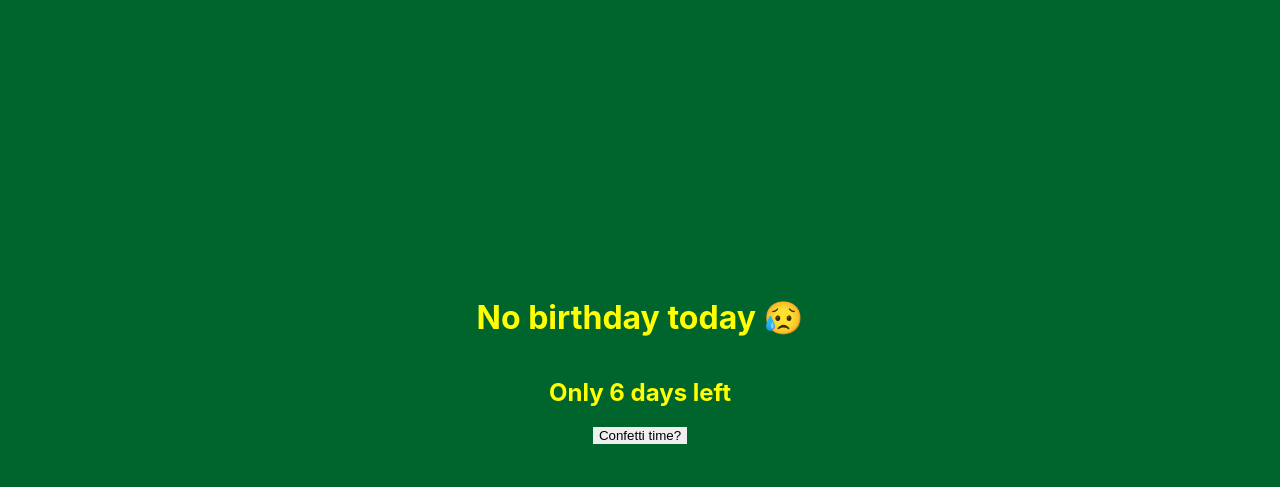
Repository: David-Waite/HannahsBirthdayWebsite
Page: /
These files come from the project's save history. The page is drawn as it stood at one moment and after the next save; the edit follows.
The browser window is 1280 px wide. The pictures show the whole page.
The project was rebuilt for these pictures with package versions that can differ from the ones it lists, and the page was loaded fresh each time.

Above is the page before, as saved 2023-03-30 18:19:58.

After the next save:
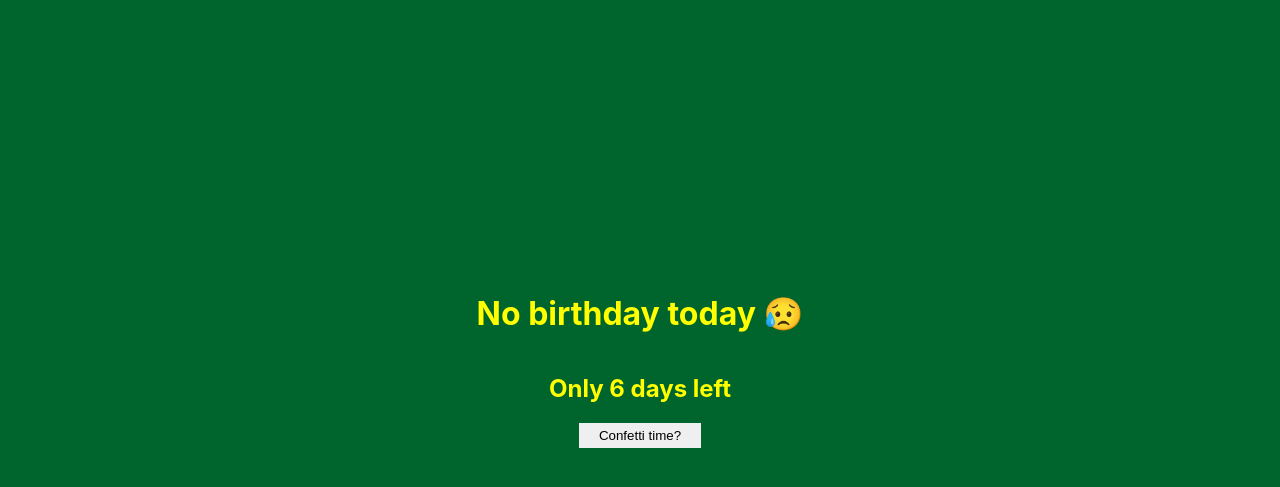
Saved 42 s later.
--- a/src/index.css
+++ b/src/index.css
@@ -20,4 +20,5 @@ body {
 
 button {
   border: none;
+  padding: 5px 20px;
 }
